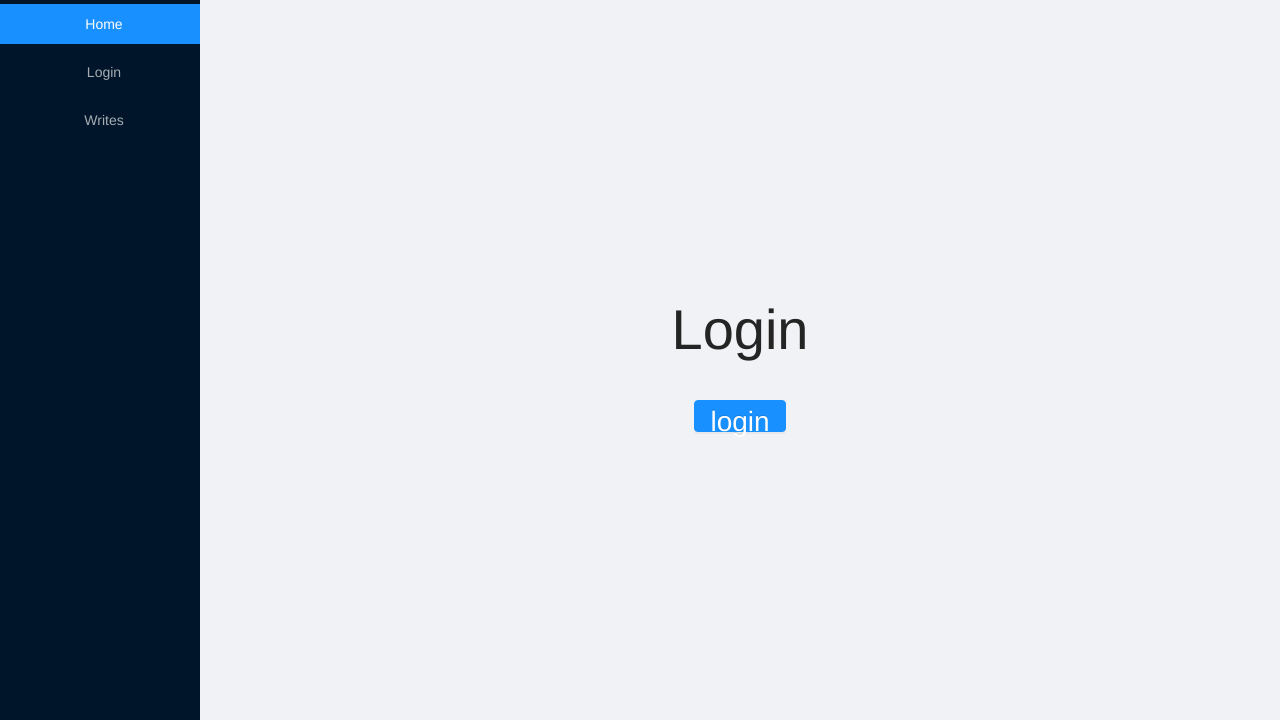
Repository: writesapp/mod
Page: /login
The author's editor kept a copy of each file at every save. The page is drawn from the files as they stood at one save, then again after the next save.
The browser window is 1280 px wide. The pictures show the whole page.
The project was rebuilt for these pictures with package versions that can differ from the ones it lists, and the page was loaded fresh each time. Also part of the build but not shown: src/views/Home.vue, src/views/Writes.vue.

Above is the page before, as saved 2020-07-09 16:24:50.

After the next save:
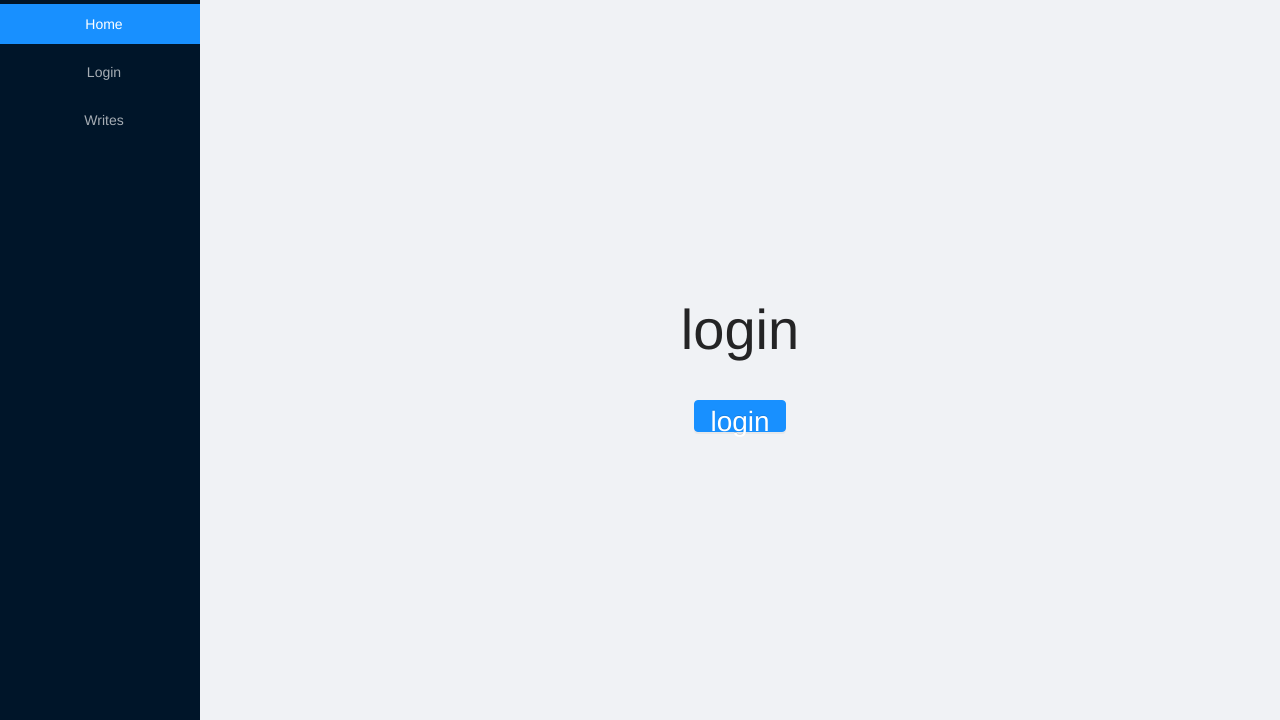
Saved 10 s later.
--- a/src/views/Login.vue
+++ b/src/views/Login.vue
@@ -1,7 +1,7 @@
 <template>
   <div class="home">
     <div class="login">
-      <h1>Login</h1>
+      <h1>login</h1>
       <a-button type="primary" @click.native="login()">
       login
       </a-button>
